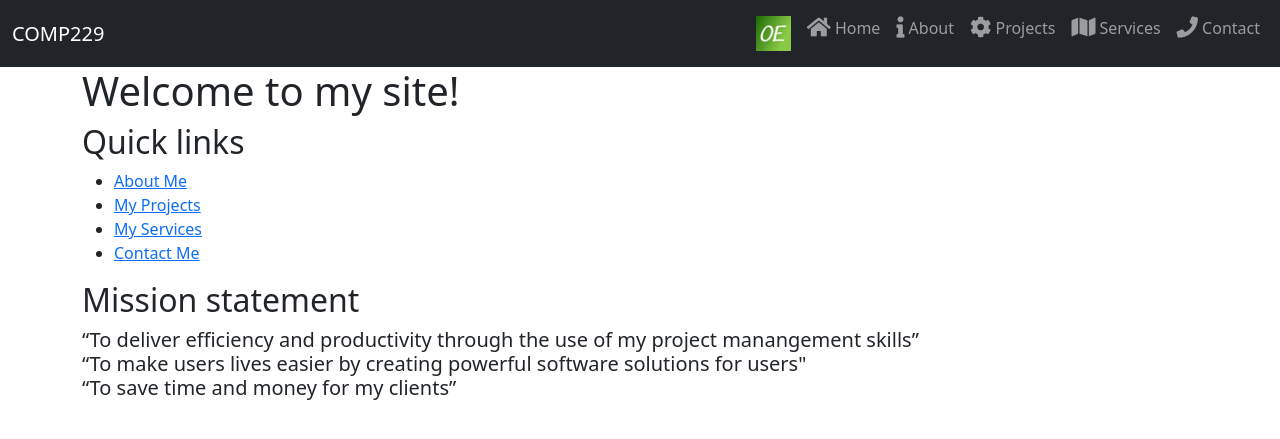
Repository: ofovweewere/Career-Portfolio
Page: http://localhost/home
An editor plug-in stored every save of this project. The page is shown before and after the next save, followed by the edit.
The browser window is 1280 px wide. The pictures show the whole page.
The page is served by the project's Node server (index.js).

Above is the page before, as saved 2022-04-14 02:58:12.

After the next save:
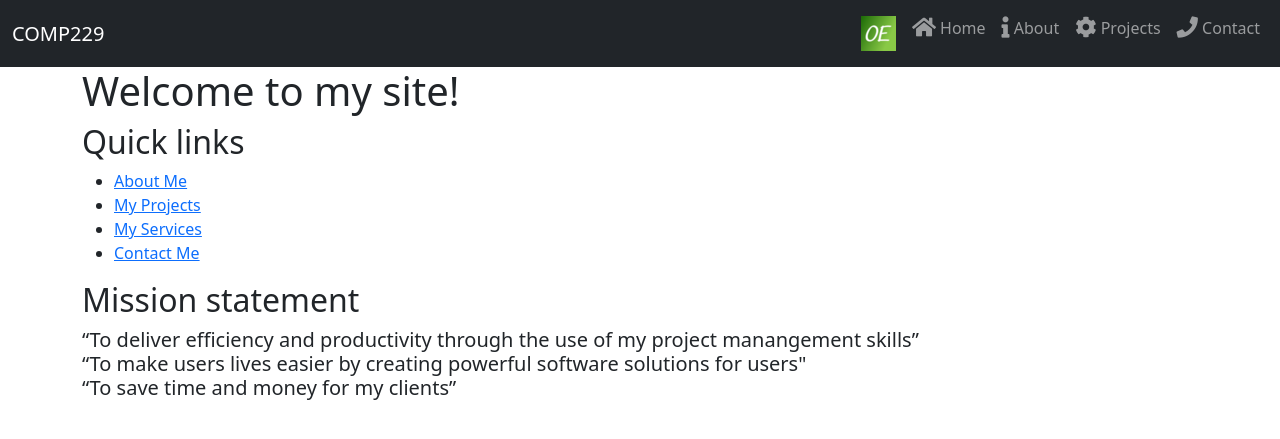
Saved 98 s later.
--- a/Server/Views/components/header.ejs
+++ b/Server/Views/components/header.ejs
@@ -27,9 +27,9 @@
             <a class="nav-link" href="/projects"><i class="fas fa-cog fa-lg"></i> Projects</a>
           </li>
 
-          <li class="nav-item">
+          <!-- <li class="nav-item">
             <a class="nav-link" href="/services"><i class="fas fa-map fa-lg"></i> Services</a>
-          </li>
+          </li> -->
 
           <li class="nav-item">
             <a class="nav-link" href="/contact"><i class="fas fa-phone fa-lg"></i> Contact</a>
